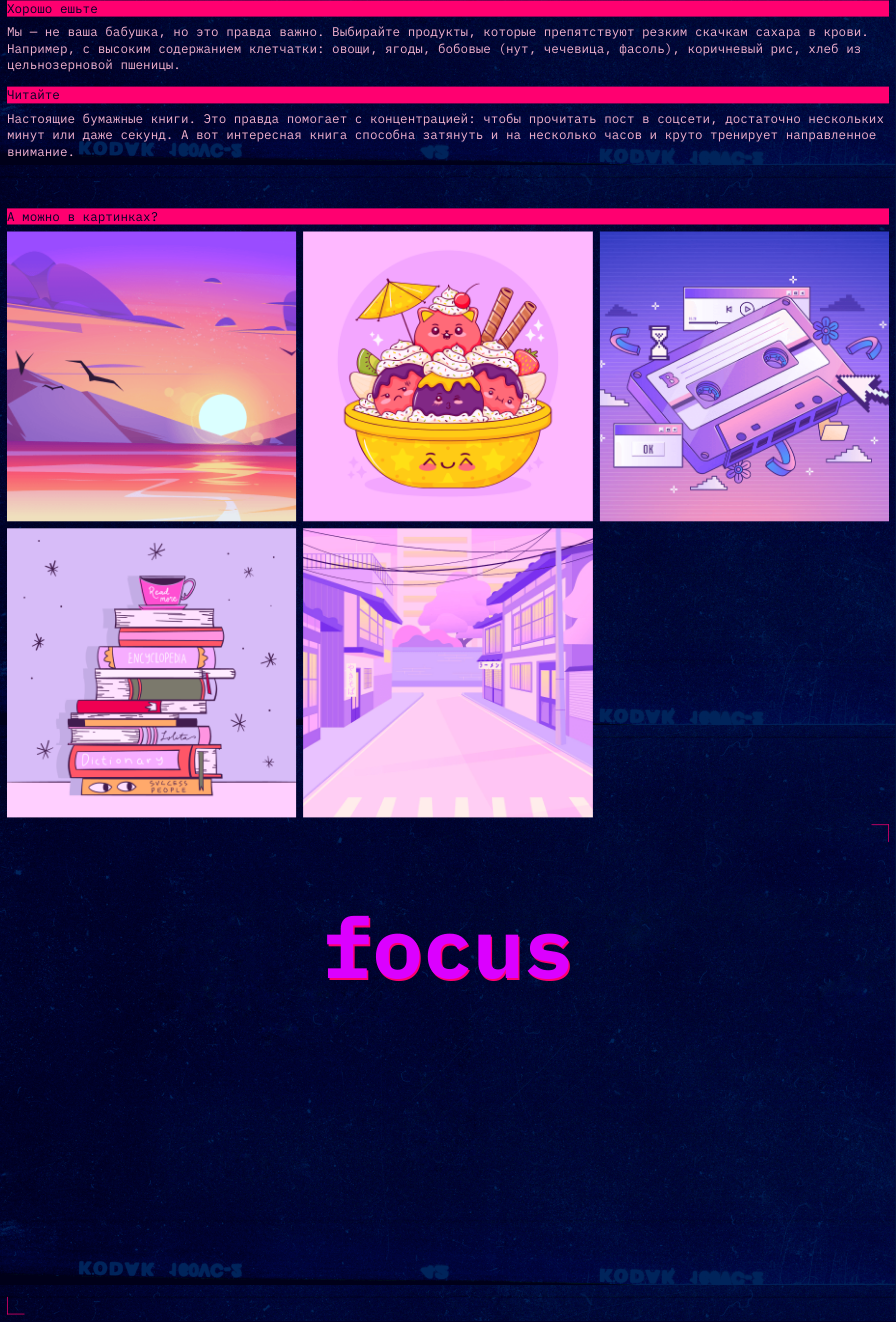
Repository: NikWolf75/slozhno-sosredotochitsya-fd
Page: index.html
An editor plug-in stored every save of this project. The page is shown before and after the next save, followed by the edit.
The browser window is 1280 px wide. The pictures show the part of the page from y = 2164 to 4084 px (the page is 4052 px tall before and 4084 px after), at 70% of full size.
Backgrounds fixed to the window are drawn as part of the page.

Above is the page before, as saved 2025-02-27 12:16:17.

### index.html
<!DOCTYPE html>
<html lang="ru">
  <head>
    <meta charset="UTF-8" />
    <meta http-equiv="X-UA-Compatible" content="IE=edge" />
    <meta name="viewport" content="width=device-width, initial-scale=1.0" />
    <meta name="color-scheme" content="dark light" />
    <link rel="stylesheet" href="/fonts/fonts.css" />
    <link rel="stylesheet" href="/styles/globals.css" />
    <link rel="stylesheet" href="/styles/variables.css" />
    <link rel="stylesheet" href="/styles/style.css" />
    <link rel="stylesheet" href="/styles/dark.css" />
    <link rel="stylesheet" href="/styles/light.css" />
    <link rel="icon" href="image/favicon.ico" />
    <title>Сложно сосредоточиться</title>
    <script src="./scripts/script.js"></script>
  </head>
  <body class="page">
    <div class="rec_element" aria-hidden="true"></div>
    <header class="header decorated-zone">
      <nav class="header__theme-menu">
        <ul class="header__theme-menu-list">
          <li class="header__theme-menu-item">
            <button
              class="header__theme-menu-button header__theme-menu-button_type_light"
            >
              День
            </button>
          </li>
          <li class="header__theme-menu-item">
            <button
              class="header__theme-menu-button header__theme-menu-button_active header__theme-menu-button_type_auto"
              disabled
            >
              Авто
            </button>
          </li>
          <li class="header__theme-menu-item">
            <button
              class="header__theme-menu-button header__theme-menu-button_type_dark"
            >
              Неон
            </button>
          </li>
        </ul>
      </nav>
      <h1 class="header__title">no focus</h1>
      <div class="header__undertitle title-decor">
        <p>Что делать, когда не можешь делать ничего</p>
        <p>
          Или почему нам так сложно сконцентрироваться, особенно когда очень
          надо
        </p>
      </div>
    </header>
    <main class="content">
      <section class="content__section content__why">
        <h2 class="content__section-title"> Почему сосредоточиться так сложно
        </h2>
        <article class="content__section-text_block">
          <h3 class="content__section-text_block-undertitle title-decor">
            Многозадачность
          </h3>
          <p class="content__section-text_block-text">
            Особенно сложно сосредоточиться, когда задач много и все они —
            важные. Где же легендарная многозадачность, когда она так нужна вам
            (и всем нанимающим менеджерам этого мира)? А дело в том, что её
            просто не существует. Исследователи
            <a class="link-text" href="#0">выяснили</a>,
            что мозгу тяжело концентрироваться даже на двух делах одновременно.
            А когда в поле внимания попадает несколько важных задач, организм
            паникует и выделяет кортизол и адреналин — «гормоны стресса».
            Из-за этого мы работаем невнимательно: ошибаемся и быстро устаём.
          </p>
        </article>
        <article class="content__section-text_block">
          <h3 class="content__section-text_block-undertitle title-decor">
            Дофамин
          </h3>
          <p class="content__section-text_block-text">
            С гормонами стресса всё понятно, но дальше — ещё интереснее. В нашей
            невозможности сосредоточиться замешана и полная противоположность
            стрессу — дофамин. Это вещество участвует в системе вознаграждения
            мозга. Причём тут он? Мы часто отвлекаемся от важной задачи на
            что-то более «приятное» для мозгов. Например, смотрим лайки в
            соцсетях. В это время и выделяется дофамин — и мы чувствуем
            удовольствие. Получается замкнутый круг: чем больше отвлекаешься,
            тем больше удовольствия получаешь.
          </p>
        </article>
      </section>
      <section class="content__section content__what">
        <h2 class="content__section-title">
          Что снижает концентрацию внимания?
        </h2>
        <article class="content__section-text_block">
          <h3 class="content__section-text_block-undertitle title-decor">
            Многозадачность
          </h3>
          <p class="content__section-item-text">
            Как концентрация может снижаться из-за… концентрации? Любая
            стрессовая ситуация (и резко меняющийся мир в целом) заставляет наш
            мозг постоянно «сканировать» окружающую среду на предмет опасности.
            Например, читать новости вместо работы. Но быть собранными всё время
            — невозможно. Концентрация — мышца, и она может не выдержать, если
            не давать ей отдохнуть.
          </p>
        </article>
        <article class="content__section-text_block">
          <h3 class="content__section-text_block-undertitle title-decor">
            Еда
          </h3>
          <p class="content__section-text_block-text">
            «Быстрые углеводы» — сахар, белый хлеб, сладости — молниеносно
            доставляют в мозг энергию и помогают ему лучше работать. Но уходит
            эта энергия также быстро, как и приходит. А мы в результате попадаем
            на «углеводные качели»: как только действие «быстрых углеводов»
            заканчивается, мы чувствуем усталость и сонливость. И хотим ещё
            больше быстрых углеводов.
          </p>
        </article>
        <article class="content__section-text_block">
          <h3 class="content__section-text_block-undertitle title-decor">
            Гаджеты
          </h3>
          <p class="content__section-text_block-text">
            Да-да, это та самая ситуация, когда на экране ноутбука — код, в
            наушниках — подкаст, а на компьютере фоном — ещё и видео с забавными
            утятами. В результате мозг пытается переключиться с одной задачи на
            другую — и просто не может. А чтобы вернуться к состоянию полной
            концентрации, человеку в среднем нужно 20 минут. Вот и получается,
            что чем больше времени мы проводим в гаджетах, тем больше времени
            затем нужно, чтобы вернуться к работе.
          </p>
        </article>
      </section>
      <section class="content__section content_how">
        <h2 class="content__section-title">
          Как концентрироваться лучше, чем золотая рыбка (то есть дольше трёх
          секунд)
        </h2>
        <article class="content__section-text_block">
          <h3
            class="content__section-text_block-undertitle tips-undertitle title-decor"
          >
            5 простых (на самом деле не очень) советов
          </h3>
          <h4 class="content__section-text_block-undertitle title-decor">
            Представьте небо и облака
          </h4>
          <p class="content__section-text_block-text">
            Или листья в ручье. Тут дело в лёгкой медитации, которая помогает
            успокоиться. Ведь часто именно тревожные мысли о сложных задачах как
            раз и мешают эти сложные задачи делать. В такие моменты можно
            закрыть глаза и представить, что чистое небо — это вы, а облака —
            тревожные мысли. И сколько бы их ни было — ясное небо всегда будет
            где-то там, за тучами, и никуда не денется. Это упражнение поможет
            вернуться в настоящий момент, а не волноваться о потенциальных
            проблемах из будущего.
          </p>
        </article>
        <article class="content__section-text_block">
          <h4 class="content__section-text_block-undertitle title-decor">
            Включите музыку
          </h4>
          <p class="content__section-text_block-text">
            Но не любую, и не любимую. Любимая может быть связана с сильными
            положительными эмоциями, которые тоже очень сильно отвлекают.
            Подойдёт тихая, спокойная, умеренно-ритмичная. Можно вообще
            попробовать включить плейлист с «белым шумом» или нейромузыкой.
          </p>
        </article>
        <article class="content__section-text_block">
          <h4 class="content__section-text_block-undertitle title-decor">
            Прогуляйтесь
          </h4>
          <p class="content__section-text_block-text">
            Или даже пробегитесь. Лучше найти парк или лес: один эксперимент
            <a class="link-text" href="#0">показал</a>, что созерцание природы повышает концентрацию, в то время
            как после просмотра городских пейзажей она наоборот понижается.
            Можно совместить прогулку с физическими упражнениями или бегом — так
            в мозг поступит ещё больше кислорода и он будет лучше работать. Но и
            простая двадцатиминутная прогулка — тоже отличный вариант.
          </p>
        </article>
        <article class="content__section-text_block">
          <h4 class="content__section-text_block-undertitle title-decor">
            Хорошо ешьте
          </h4>
          <p class="content__section-text_block-text">
            Мы — не ваша бабушка, но это правда важно. Выбирайте продукты,
            которые препятствуют резким скачкам сахара в крови. Например, с
            высоким содержанием клетчатки: овощи, ягоды, бобовые (нут, чечевица,
            фасоль), коричневый рис, хлеб из цельнозерновой пшеницы.
          </p>
        </article>
        <article class="content__section-text_block">
          <h4 class="content__section-text_block-undertitle title-decor">
            Читайте
          </h4>
          <p class="content__section-text_block-text">
            Настоящие бумажные книги. Это правда помогает с концентрацией: чтобы
            прочитать пост в соцсети, достаточно нескольких минут или даже
            секунд. А вот интересная книга способна затянуть и на несколько
            часов и круто тренирует направленное внимание.
          </p>
        </article>
      </section>
      <section class="content__section content__gallery">
        <h2 class="content__section-text_block-undertitle title-decor">
          А можно в картинках?
        </h2>
        <div class="content__section-images_gallery">
          <img
            class="content__section-image"
            src="./images/sunset.png"
            alt="Вид острова на закате"
            loading="lazy"
          />
          <img
            class="content__section-image"
            src="./images/ice-cream.png"
            alt="Чаша с мороженным"
            loading="lazy"
          />
          <img
            class="content__section-image"
            src="./images/tape.png"
            alt="Кассета"
            loading="lazy"
          />
          <img
            class="content__section-image"
            src="./images/books.png"
            alt="Стопка книг"
            loading="lazy"
          />
          <img
            class="content__section-image"
            src="./images/street.png"
            alt="Улица"
            loading="lazy"
          />
        </div>
      </section>
    </main>
    <footer class="footer decorated-zone">
      <h2 class="footer__title">focus</h2>
    </footer>
  </body>
</html>

### styles/variables.css
:root {
  --title-color: #ff0070;
  --main-font: 'IBM Plex mono';
  --main-font-size: 18px;
  --title-font-weight: 700;
  --text-font-weight: 400;
  --main-padding-small: 10px;
}

### styles/style.css
.page {
  font-family: var(--main-font, 'IBM Plex mono');
  font-size: var(--main-font-size, 18px);
  block-size: min-content;
  position: relative;
  font-weight: 400;
  background-color: var(--main-background-color, #000028 );
  background-image: var(--main-background-image, url("../images/cover-image-dark.png"));
  background-repeat: no-repeat;
  background-attachment: fixed;
  background-position: center;
  background-size: cover;
  line-height: 1.3em;
  color: var(--main-font-color, #F1B2CE);
 }

.decorated-zone {
  position: relative;
}

.decorated-zone::after,
.decorated-zone::before {
  position: absolute;
  inline-size: 25px;
  block-size: 25px;
  content: "";
  border: 1px solid var(--corner-color);
}

.decorated-zone::after {
  bottom: 10px;
  left: 10px;
  border-bottom: 1px solid var(--rectangle-color, #ff0070);
  border-left: 1px solid var(--rectangle-color, #ff0070);
}

.decorated-zone::before {
  top: 10px;
  right: 10px;
  border-top: 1px solid var(--rectangle-color, #ff0070);
  border-right: 1px solid var(--rectangle-color, #ff0070);
}

.rec_element {
  position: absolute;
  display: flex;
  align-items: center;
  justify-content: center;
  top: 10px;
  right: 20px;
  color: var(--rec-theme-color, #ff0070);
  gap: 10px;
}

.rec_element:before {
  content: "REC";
}

.rec_element:after {
  display: block;
  content: "";
  border-radius: 50%;
  background: var(--accent-color, #ff0070);
  width: 10px;
  height: 10px;
  box-shadow: 0 0 4px 2px var(--accent-color, #ff0070)
}

.header {
  display: grid;
  grid-template-columns: 1fr;
  grid-template-rows: 1fr min-content 1fr;
  align-items: center;
  position: relative;
  block-size: min(668px, 100vh);
  padding: var(--main-padding-small, 10px);
  margin-block-end: 40px;
 }

.header__theme-menu-list {
  display: flex;
  flex-direction: column;
  align-items: end;
  block-size: 100%;
  row-gap: 10px;
}

.header__theme-menu-button {
  text-align: center;
  background: transparent;
  color: var(--button-text-color);
  border: none;
  text-transform: lowercase;
  padding-right: 13px;
  padding-left: 13px;
}

.header__theme-menu-bitton:hover {
  outline: 1px solid var(--button-outline-color)
}

.header__theme-menu-button_active {
  outline: 1px solid var(--button-theme-color, #ff0070);
}

.header__theme-menu-button:focus {
  outline: none;
  text-decoration: underline;
}

.header__title {
  font-size: clamp(7.25rem, 7.0115rem + 1.0178vw, 7.5rem);
  line-height: 83%;
  color: var(--accent-color-title, #db00ff);
  text-shadow: 4px 4px 0 var(--accent-color, #ff0070);
  cursor: default;
}

.header__undertitle {
  font-size: var(--main-font), monospace;
  font-weight: var(--title-font-weight, 700);
  border-bottom: none;
  border-left: none;
}

.title-decor {
  color: var(--undertitle-color, #000028);
  background-color: var(--title-color, #ff0070);
}

.content {
  display: grid;
  padding: 0 var(--main-padding-small, 10px);
  grid-template-columns: 1fr;
  gap: 50px;
}

.content__section {
  display: grid;
  grid-template-columns: 1fr;
  row-gap: 20px;
}

.content__section-title {
  justify-self: start;
  color: var(--title-color, #ff0070);
}

.content__section-text_block-undertitle,
.content__section-title {
  font-size: var(--main-font-size, 18px);
  font-weight: var(--title-font-weight, 700);
}

.content__section-text_block-undertitle {
  margin-block-end: 10px;
  height: min-content;
}

.content__section-text_block-text {
  font-weight: var(--text-font-weight, 400);
}

.link-text {
  text-decoration: none;
  text-shadow: 2px 1px var(--accent-color, #ff0070);
}

.link-text:hover {
  cursor: pointer;
  border-block-end: 1px solid currentColor;
}

.link-text:focus-visible {
  border: 1px solid currentColor;
}

.content_how,
.tips-undertitle {
  font-weight: var(--title-font-weight, 400);
  margin-block-end: 20px;
}

.content__how,
.content__section-text_block-undertitle {
  font-weight: 400;
}

.content__gallery {
  gap: 0;
}

.content__section-images_gallery {
  display: grid;
  grid-template-columns: repeat(auto-fill, minmax(355px, 1fr));
  gap: 10px;
  inline-size: 100%;
}

.content__section-image {
  inline-size: 100%;
  object-fit: cover;
  block-size: 100%;
}

.footer {
  display: grid;
  height: 100vh;
  grid-template-columns: 1fr;
  grid-template-rows: 1fr min-content 1fr;
  padding: 10px;
  block-size: max(668px, 100vh);
}

.footer__title {
  font-size: var(--title-font-size-small, clamp(7.25rem, 7.0115rem + 1.0178vw, 7.5rem));
  font-weight: var(--title-font-weight, 700);
  line-height: 95.7%;
  align-self: center;
  cursor: default;
  color: var(--accent-color-title, #db00ff);
  text-shadow: 2px 2px 0 var(--accent-color, #ff0070);
  justify-self: center;
}

### scripts/script.js
(function initTheme() {
  const theme = localStorage.getItem('theme');
  if (theme) {
    setTheme(theme);
  }
})();

document.addEventListener('DOMContentLoaded', () => {
  const currentTheme = [...document.documentElement.classList]
    .find((cn) => cn.startsWith('theme-'))
    ?.replace('theme-', '');
  const themeButtons = [
    ...document.querySelectorAll('.header__theme-menu-button'),
  ];
  setActiveButton(themeButtons, currentTheme);

  themeButtons.forEach((button) => {
    button.addEventListener('click', () => {
      const chosenTheme = [...button.classList]
        .find((cn) => cn.includes('_type_'))
        .split('_type_')[1];
      setTheme(chosenTheme);
      setActiveButton(themeButtons, chosenTheme);
    });
  });
});

function setTheme(theme) {
  document.documentElement.className = '';
  document.documentElement.classList.add(`theme-${theme}`);
  localStorage.setItem('theme', theme);
}

function setActiveButton(buttonsArray, theme) {
  buttonsArray.forEach((button) => {
    button.classList.remove('header__theme-menu-button_active');
    button.removeAttribute('disabled');
  });
  const target = buttonsArray.find((button) =>
    button.classList.contains(`header__theme-menu-button_type_${theme}`)
  );
  if (target) {
    target.classList.add('header__theme-menu-button_active');
    target.setAttribute('disabled', true);
  } else {
    const autoButton = document.querySelector(
      '.header__theme-menu-button_type_auto'
    );
    autoButton.classList.add('header__theme-menu-button_active');
    autoButton.setAttribute('disabled', true);
  }
}

Loaded but not shown: fonts/fonts.css (common file); styles/globals.css (common file); styles/dark.css (common file); styles/light.css (common file)

After the next save:
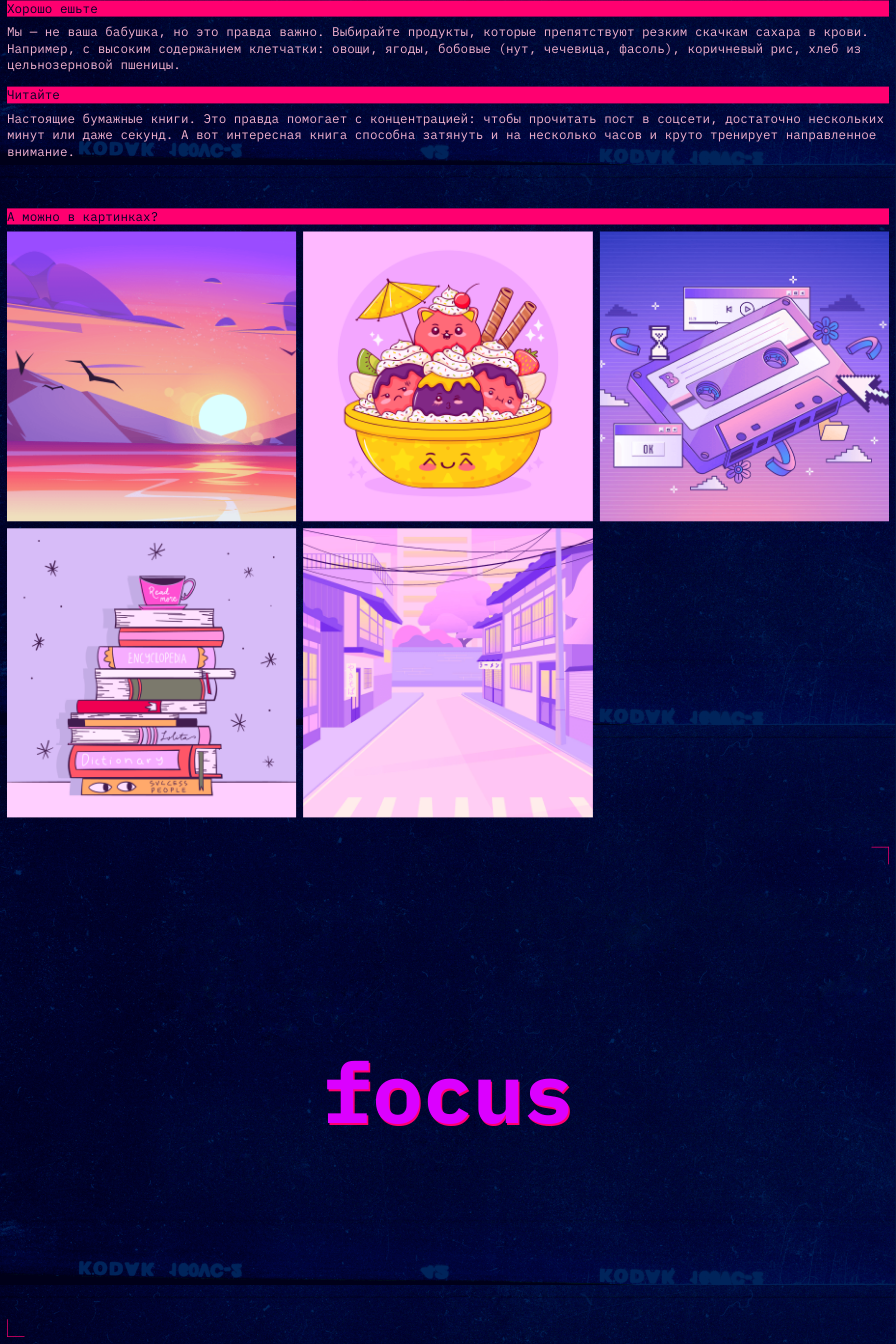
Saved 10 s later.
--- a/styles/style.css
+++ b/styles/style.css
@@ -204,12 +204,12 @@
 }
 
 .footer {
-  display: grid;
-  height: 100vh;
-  grid-template-columns: 1fr;
-  grid-template-rows: 1fr min-content 1fr;
-  padding: 10px;
-  block-size: max(668px, 100vh);
+  position: relative;
+  display: grid;
+  block-size: 100vh;
+  min-block-size: 668px;
+  grid-template-columns: 1fr;
+  margin-block-start: 32px;
 }
 
 .footer__title {
@@ -221,4 +221,5 @@
   color: var(--accent-color-title, #db00ff);
   text-shadow: 2px 2px 0 var(--accent-color, #ff0070);
   justify-self: center;
-}
+
+}
